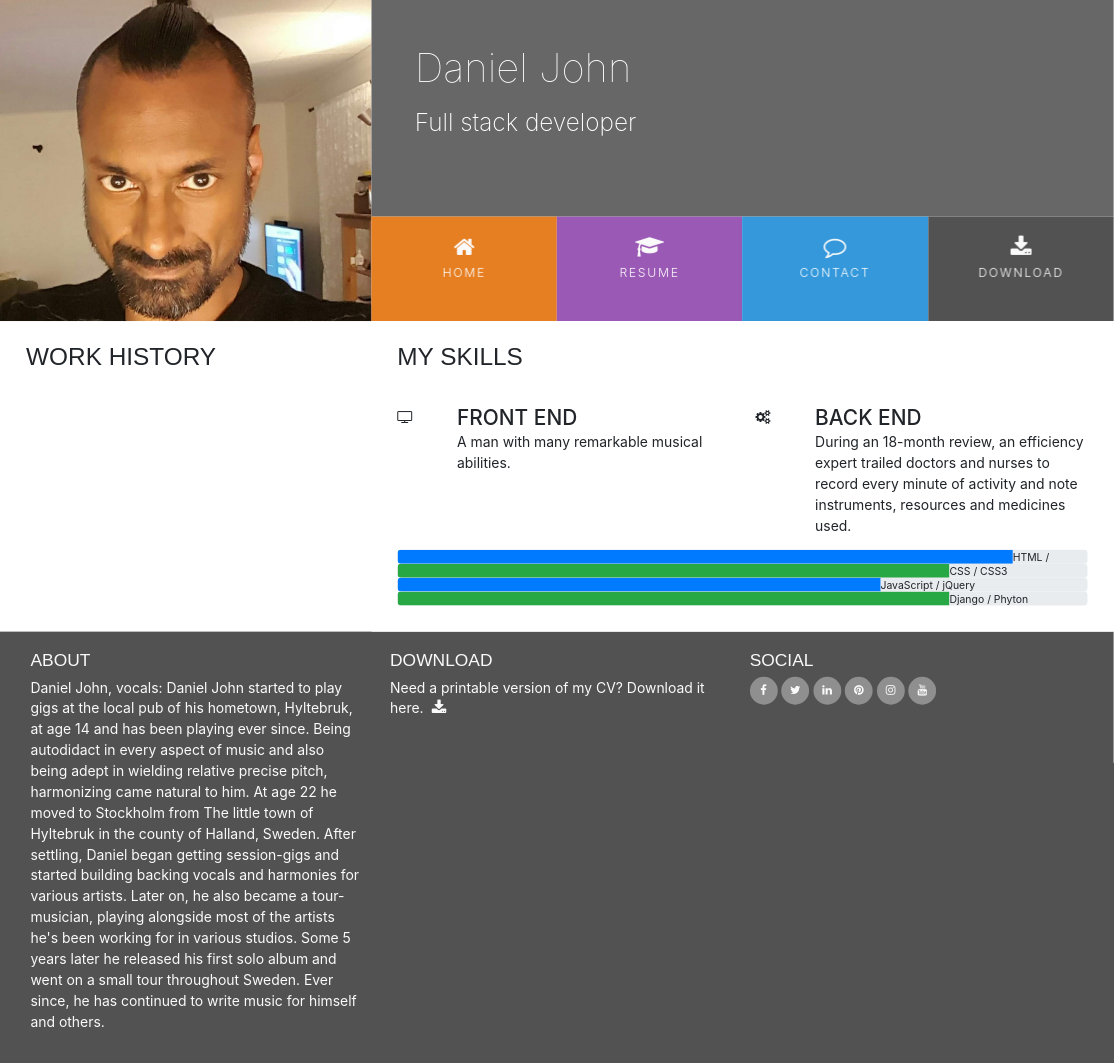
Repository: Jadehammar/initial-commit
Page: resume.html
The author's editor kept a record of every edit. The page is drawn from the files as they stood at one moment, then again after the next edit.
The browser window is 1280 px wide. The pictures show the whole page, at 87% of full size.

Above is the page before.

After the next edit:
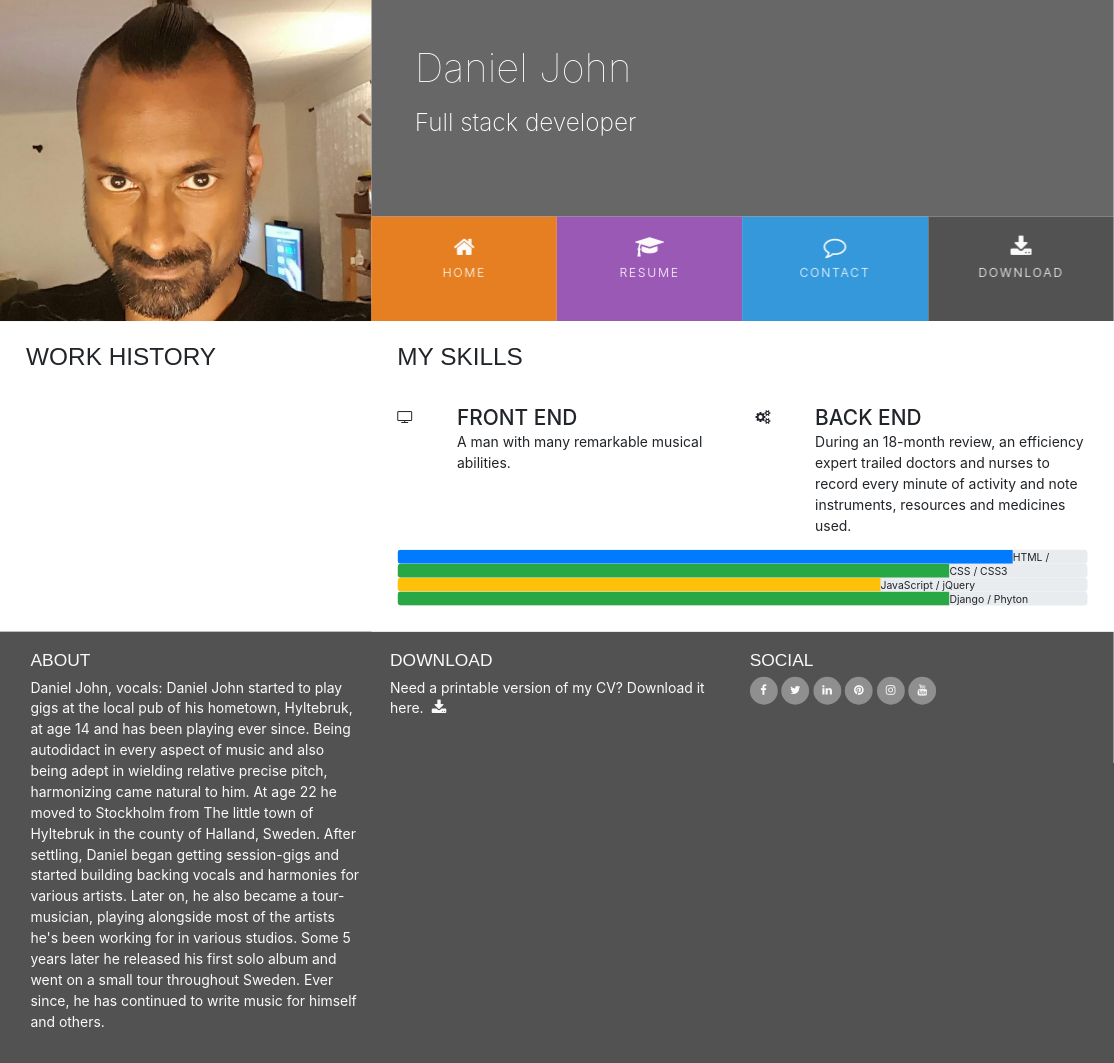
The edit:
--- a/resume.html
+++ b/resume.html
@@ -104,7 +104,7 @@
                             <span class="progress-type">CSS / CSS3</span>
                         </div>
                         <div class="progress">
-                            <div class="progress-bar" role="progressbar" aria-valuenow="70" aria-valuemin="0" aria-valuemax="100" style="width:70%;">
+                            <div class="progress-bar bg-warning" role="progressbar" aria-valuenow="70" aria-valuemin="0" aria-valuemax="100" style="width:70%;">
                                 <span class="sr-only">70% complete</span>
                             </div>
                             <span class="progress-type">JavaScript / jQuery</span>
